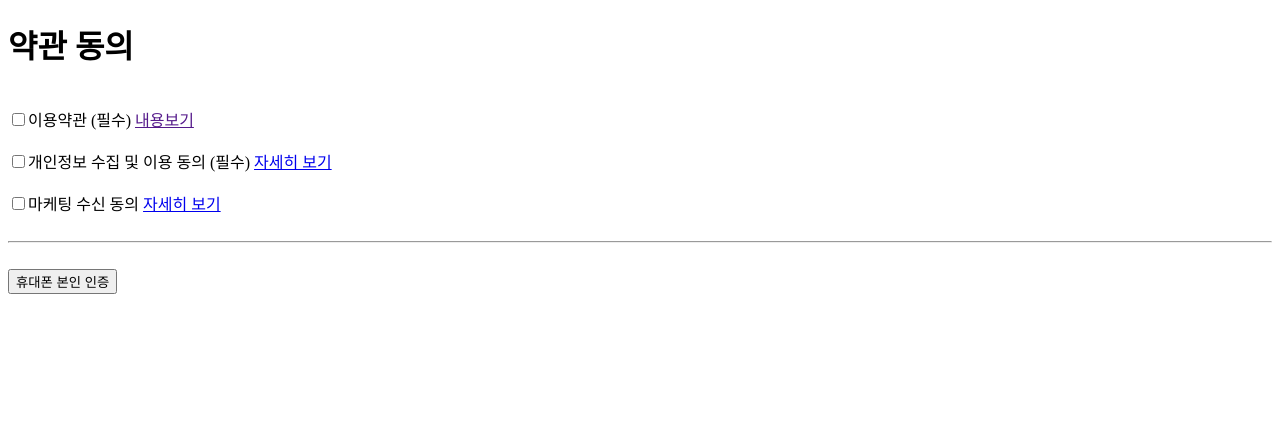
Repository: bongbongi/book1
Page: http://localhost/book/WEB-INF/views/member/join-ts.jsp
An editor plug-in stored every save of this project. The page is shown before and after the next save, followed by the edit.
The browser window is 1280 px wide. The pictures show the whole page.
The page is served by Tomcat 9. Nobody is signed in. The template is opened directly, without the code that normally fills it, so the values that code supplies are empty.

Above is the page before, as saved 2023-01-03 14:50:05.

After the next save:
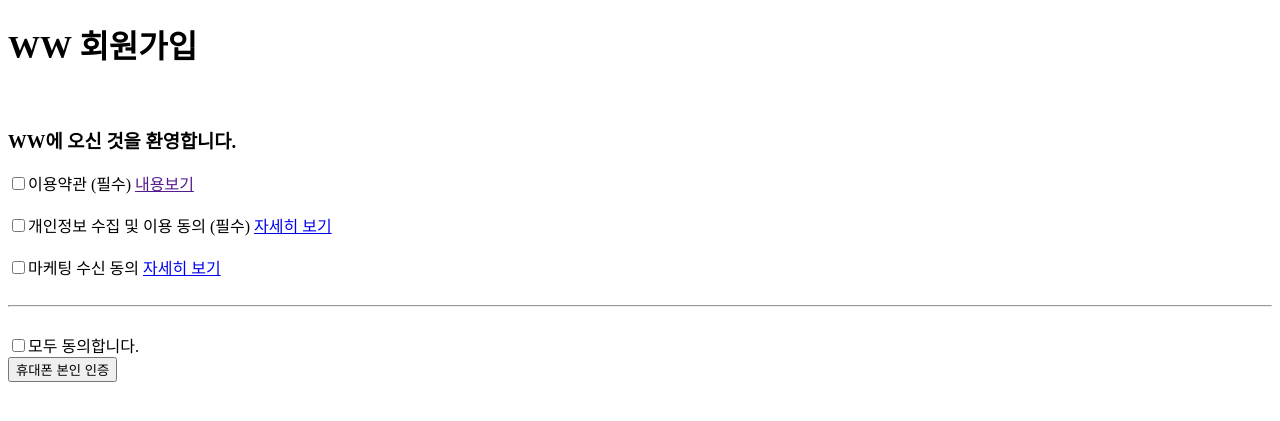
Saved 22 min 23 s later.
--- a/book/src/main/webapp/WEB-INF/views/member/join-ts.jsp
+++ b/book/src/main/webapp/WEB-INF/views/member/join-ts.jsp
@@ -8,12 +8,14 @@
 </head>
 <body>
 
-<h1>약관 동의</h1><Br>
+<h1>WW 회원가입</h1><Br>
+<h3>WW에 오신 것을 환영합니다.</h3>
 <input type="checkbox">이용약관 (필수) <a href="">내용보기</a><br><br>
 <input type="checkbox">개인정보 수집 및 이용 동의 (필수) <a href="#">자세히 보기</a><br><br>
 <input type="checkbox">마케팅 수신 동의 <a href="#">자세히 보기</a><br><br>
 <hr>
 <br>
+<input type="checkbox">모두 동의합니다. <br>
 <a ><button>휴대폰 본인 인증</button></a>
 
 </body>
